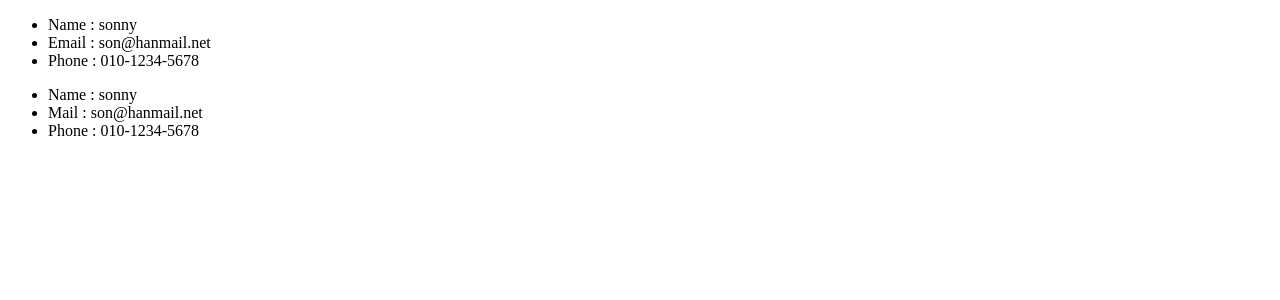
Repository: tomaters/servlets-JSP
Page: http://localhost/jsptest/eltag/elex1.jsp
An editor plug-in stored every save of this project. The page is shown before and after the next save, followed by the edit.
The browser window is 1280 px wide. The pictures show the whole page.
The page is served by Tomcat 10. Other server files are loaded and not shown.

Above is the page before, as saved 2023-12-08 00:47:50.

### jsptest/src/main/webapp/eltag/elex1.jsp
<%@ page language="java" contentType="text/html; charset=UTF-8"
    pageEncoding="UTF-8"%>
<%@ page import="actiontag.Customer, java.util.HashMap"%>
<%
	Customer customer = new Customer();
	customer.setName("sonny");
	customer.setEmail("son@hanmail.net");
	customer.setPhone("010-1234-5678");
	request.setAttribute("customer", customer);
	HashMap<String, String> map = new HashMap<String, String>();
	map.put("name", "sonata");
	map.put("maker", "hyundai automotives");
	request.setAttribute("car", map);
%>
<!DOCTYPE html>
<html>
<head>
<meta charset="UTF-8">
<title>EL example</title>
</head>
<body>
	<ul>
		<li>Name : ${customer.name}</li>
		<li>Email : ${customer.email}</li>
		<li>Phone : ${customer.phone}</li>
	</ul>
	<ul>
		<li>Name : <%= customer.getName() %></li>
		<li>Mail : <%= customer.getEmail() %></li>
		<li>Phone : <%= customer.getPhone() %></li>
	</ul>

</body>
</html>

### jsptest/src/main/java/actiontag/Customer.java
package actiontag;

public class Customer {
	private String name;
	private String email;
	private String phone;

	public String getName() {
		return name;
	}

	public void setName(String name) {
		this.name = name;
	}

	public String getEmail() {
		return email;
	}

	public void setEmail(String email) {
		this.email = email;
	}

	public String getPhone() {
		return phone;
	}

	public void setPhone(String phone) {
		this.phone = phone;
	}
}

After the next save:
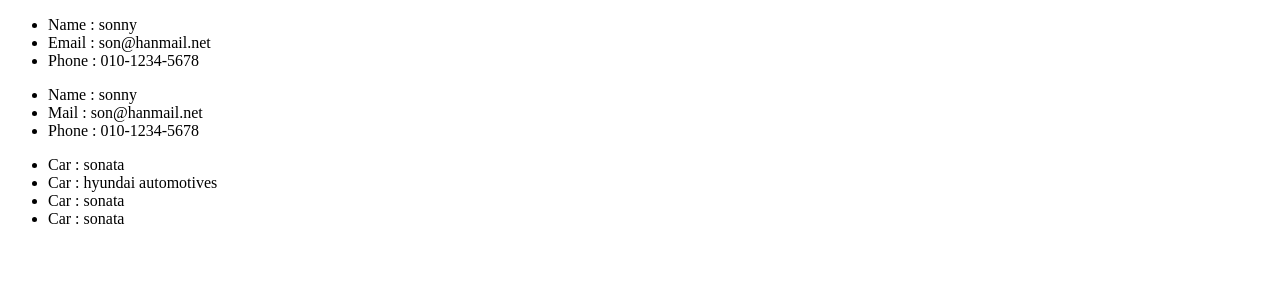
Saved 2 min 43 s later.
--- a/jsptest/src/main/webapp/eltag/elex1.jsp
+++ b/jsptest/src/main/webapp/eltag/elex1.jsp
@@ -29,6 +29,11 @@
 		<li>Mail : <%= customer.getEmail() %></li>
 		<li>Phone : <%= customer.getPhone() %></li>
 	</ul>
-
+	<ul>
+		<li>Car : ${car.name} </li>
+		<li>Car : ${car.maker} </li>
+		<li>Car : ${car.name} </li>
+		<li>Car : ${car.name} </li>
+	</ul>
 </body>
 </html>
